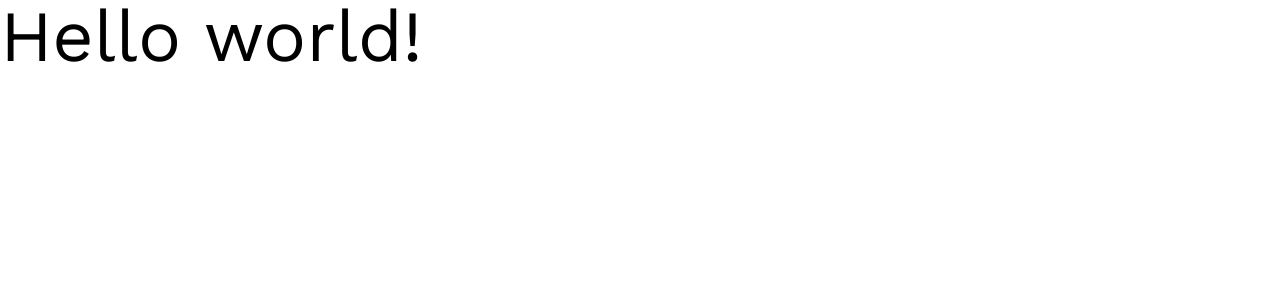
Repository: Mohtoto/3JSPortfoilio
Page: /
The author's editor kept a copy of each file at every save. The page is drawn from the files as they stood at one save, then again after the next save.
The browser window is 1280 px wide. The pictures show the whole page.
The project was rebuilt for these pictures with package versions that can differ from the ones it lists, and the page was loaded fresh each time. Also part of the build but not shown: vite.config.js.

Above is the page before, as saved 2023-12-12 19:56:44.

After the next save:
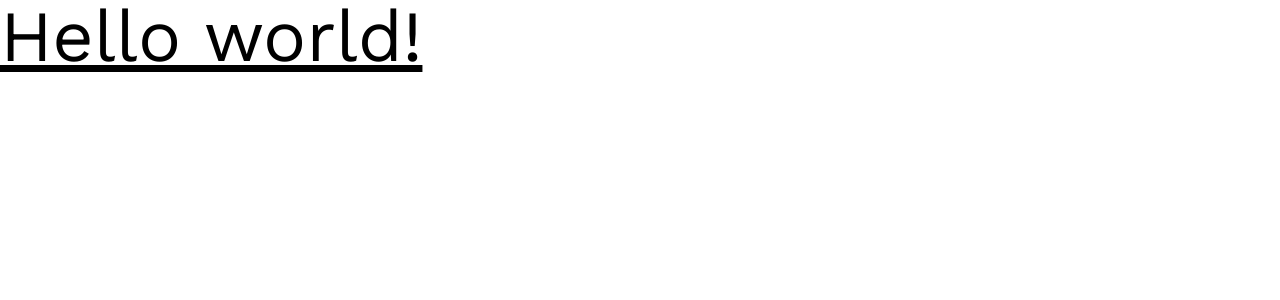
Saved 36 s later.
--- a/src/App.jsx
+++ b/src/App.jsx
@@ -1,7 +1,7 @@
 
 
 const App = () => {
-  return <div className="text-7xl">Hello world!</div>;
+  return <div className="text-7xl underline ">Hello world!</div>;
 };
 
 export default App;
